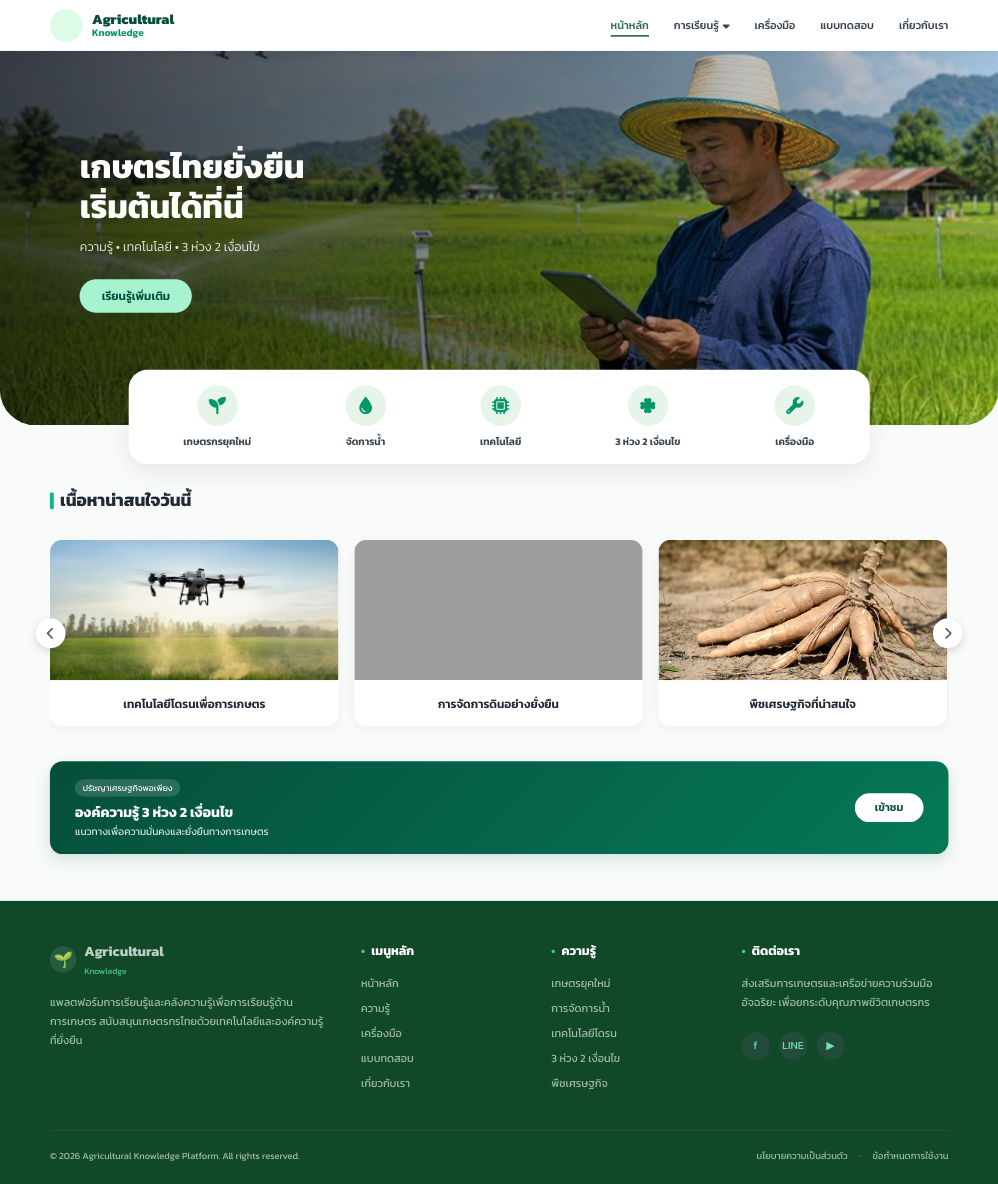
Repository: nuwat-wa/Project-WebdesignAG
Page: ag1.html
An editor plug-in stored every save of this project. The page is shown before and after a run of saves, followed by the edit.
The browser window is 1280 px wide. The pictures show the whole page, at 78% of full size.
Pictures or frames that could not be fetched are drawn as grey boxes.

Above is the page before, as saved 2026-10-01 14:45:48.

After the next 2 saves:
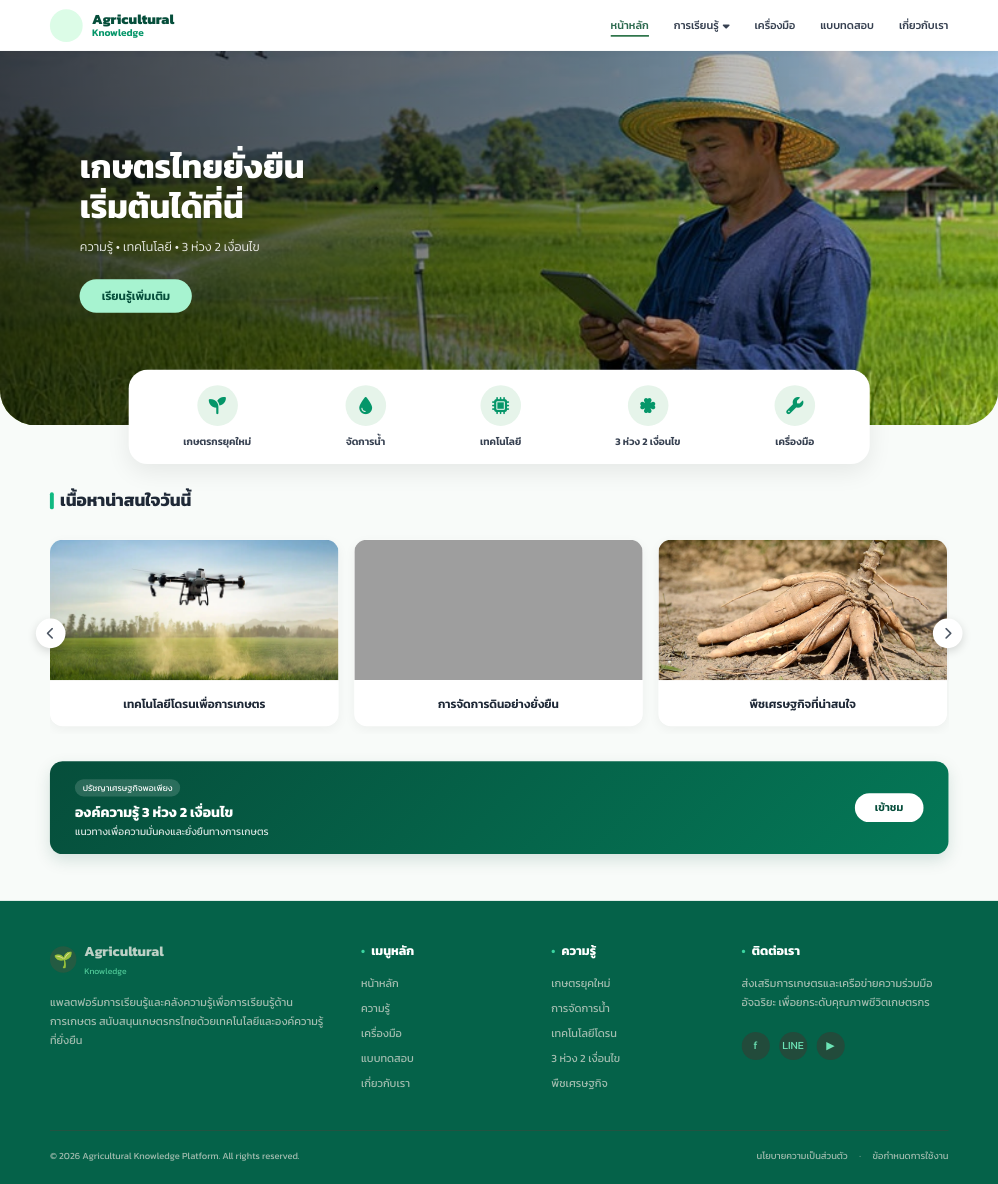
The 2 saves are shown as one change because they came seconds apart.
The last was saved 3 min 29 s later.
--- a/style/ag1.css
+++ b/style/ag1.css
@@ -508,7 +508,7 @@ body {
   width: 100%;
   padding: 50px 5% 25px;
   color: #a4bdb0;
-  background: #114827;
+  background: #056249;
   font-size: 14px;
   line-height: 1.7;
 }
